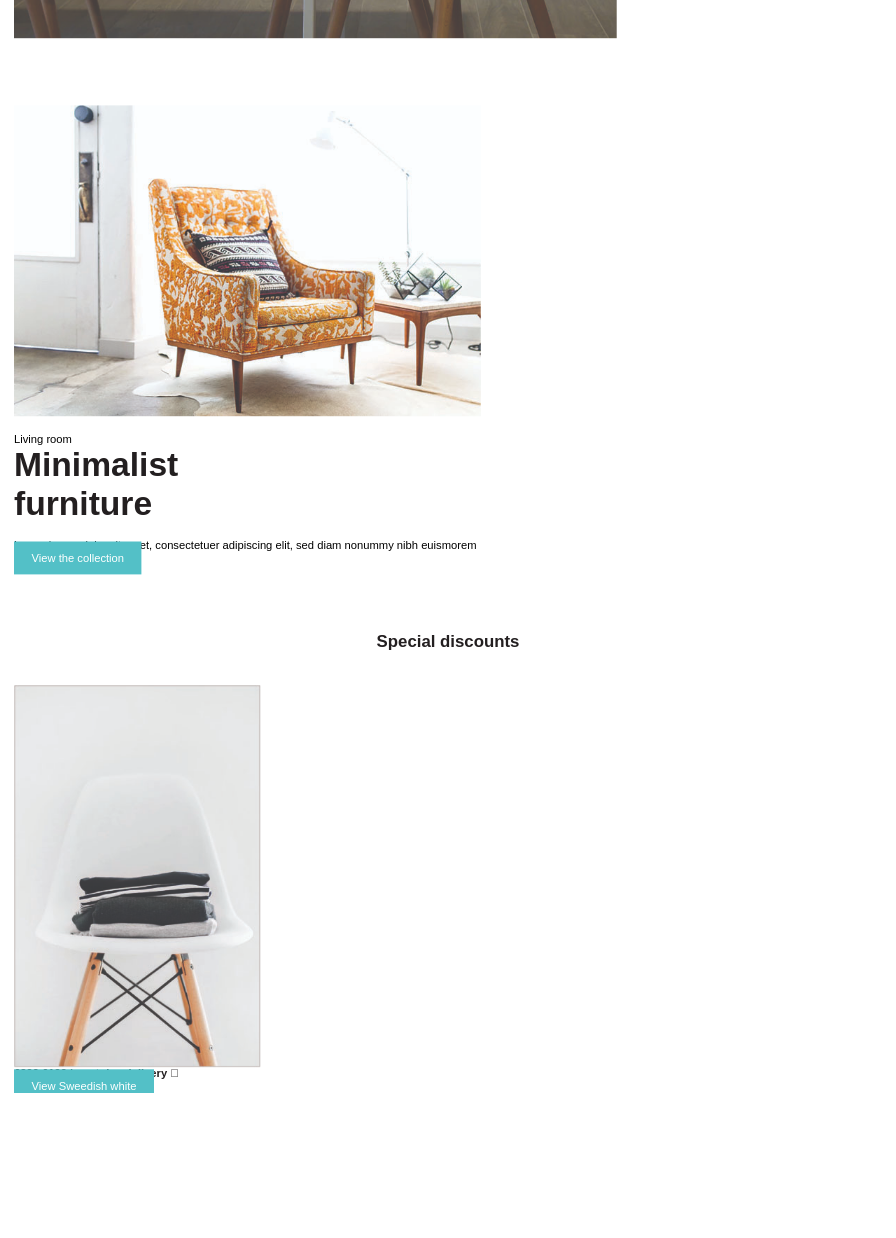
Repository: dinhhaidh/republic-web
Page: index.html
These files come from the project's save history. The page is drawn as it stood at one moment and after the next save; the edit follows.
The browser window is 1280 px wide. The pictures show the part of the page from y = 1132 to 3052 px (the page is 2900 px tall before and 3052 px after), at 70% of full size.
Some web fonts or font styles are not loaded; a fallback is used. Some web libraries are served in a nearby version.

Above is the page before, as saved 2024-01-24 18:06:37.

### index.html
<!DOCTYPE html>
<html lang="en">
<head>
    <meta charset="UTF-8">
    <meta name="viewport" content="width=device-width, initial-scale=1.0">

    <!--=============== FAVICON ===============-->
    <link rel="shortcut icon" href="assets/img/favicon.png" type="image/x-icon">

    <!--=============== REMIXICONS ===============-->
    <link rel="stylesheet" href="https://cdn.jsdelivr.net/npm/remixicon@4.1.0/fonts/remixicon.min.css">

    <link
    rel="stylesheet"
    href="https://cdn.jsdelivr.net/npm/swiper@11/swiper-bundle.min.css"
  />

    <!--=============== CSS ===============-->
    <link rel="stylesheet" href="style.css">

    <title>Responsive </title>
</head>
<body>
    <!--==================== HEADER ====================-->
    <header class="header" id="header">
        <nav class="nav container">
            <a href="#" class="nav__logo">
                <img src="./img/logo.jpg" alt="image" class="nav__img">
            </a>
            <div class="nav__menu" id="nav-menu">
                <ul class="nav__list">
                    <li class="nav__item">
                        <a href="#home" class="nav__link">Home</a>
                    </li>
                    <li class="nav__item">
                        <a href="#bedroom" class="nav__link">Bedroom</a>
                    </li>
                    <li class="nav__item">
                        <a href="#lounge" class="nav__link">Lounge</a>
                    </li>
                    <li class="nav__item">
                        <a href="#kitchen" class="nav__link">Kitchen</a>
                    </li>
                    <li class="nav__item">
                        <a href="#lighting" class="nav__link">Lighting</a>
                    </li>
                </ul>
                <div class="nav__close" id="nav-close">
                    <i class="ri-close-line"></i>
                </div>
            </div>

            <form action="" class="nav__button">
                <div class="button">
                    <input type="text" placeholder="Find something..." class="form-control">
                    <i class="ri-search-line button__search"></i>
                </div>
                <div class="shopping">
                    <i class="ri-shopping-cart-line "></i>
                    <span class="shopping__quantity">0</span>
                </div>
            </form>
            <!-- toggle -->
            <div class="nav__toggle" id="nav-toggle">
                <i class="ri-menu-line"></i>
            </div>
        </nav>
    </header>

    <!--==================== MAIN ====================-->
    <main class="main">
        <!--==================== Home  ====================-->
        <section class="home section" id="home">
            <div class="home__container container">
                <div class="home__contennt">
                    <h1 class="home__title">Premium <br> collection</h1>
                    <p class="home__desc">
                        Lorem ipsum dolor sit amet, consectetuer adipiscing elit, sed diam nonummy nibh euismorem ipsum dolor sit amet, consectetuer adipiscing elit
                    </p>
                    <h4>£2,300</h4>
                    <a href="#" class="button__link">View the collection</a>
                </div>
                <div class="home__images">
                    <img src="./img/hom1.jpg" alt="" class="home__image">
                    <div class="home__span">
                        <span><a href="">Lorem ipsum dolor sit amet</a>    £2,300</span>
                        <span><a href="#"> Consectetuer adsed diam</a>    £2,300</span>
                    </div>
                </div>
            </div>
        </section>

        <!--==================== Bedroom ====================-->
        <section class="bedroom section" id="bedroom">
            <div class="bedroom__container container grid">
                <div class="bedroom__images">
                    <img src="./img/funitire1.jpg" alt="" class="bedroom__image">
                </div>
                <div class="bedroom__contennt">
                    <span>Living room</span>
                    <div class="bedroom-brick"></div>
                    <h2 class="home__title">Minimalist <br>
                        furniture</h2>
                    <p class="bedroom__desc">
                        Lorem ipsum dolor sit amet, consectetuer adipiscing elit, sed diam nonummy nibh euismorem
                    </p>
                    <a href="#" class="button__link">View the collection</a>
                </div>

            </div>
        </section>

        <!--==================== Lounge  ====================-->
        <section class="lounge  section" id="lounge ">
            <h2 class="lounge-title">Special discounts</h2>
            <div class="lounge__container container swiper">
                <div class="swiper-wrapper">
                    <article class=" lounge__card swiper-slide">
                        <img src="./img/special1.jpg" alt="" class="lounge__img">
                        <h4><span>£299</span> £199  |  next day delivery  </h4>
                        <a href="#" class="button__link lounge__button">View Sweedish white</a>
                    </article>
                    <article class=" lounge__card swiper-slide">
                        <img src="./img/special2.jpg" alt="" class="lounge__img">
                        <h4><span>£299</span> £199  |  next day delivery  </h4>
                        <a href="#" class="button__link lounge__button">View Sweedish white</a>
                    </article>
                    <article class=" lounge__card swiper-slide">
                        <img src="./img/special3.jpg" alt="" class="lounge__img">
                        <h4><span>£299</span> £199  |  next day delivery  </h4>
                        <a href="#" class="button__link lounge__button">View Sweedish white</a>
                    </article>
                    <article class=" lounge__card swiper-slide">
                        <img src="./img/special4.jpg" alt="" class="lounge__img">
                        <h4><span>£299</span> £199  |  next day delivery  </h4>
                        <a href="#" class="button__link lounge__button">View Sweedish white</a>
                    </article>
                </div>
            </div>
        </section>

        <!--==================== Kitchen ====================-->
        <section class="kitchen  section" id="kitchen">

        </section>

        <!--==================== Lighting ====================-->
        <section class="lighting  section" id="lighting">

        </section>
    </main>

    <!--==================== FOOTER ====================-->
    <footer class="footer">

    </footer>

    <!--========== SCROLL UP ==========-->

    <script src="https://cdn.jsdelivr.net/npm/swiper@11/swiper-bundle.min.js"></script>


    <!--=============== SCROLLREVEAL ===============-->
    <script src=""></script>

    <!--=============== JQuery ===============-->
    <script src="https://code.jquery.com/jquery-3.7.1.slim.min.js" integrity="sha256-kmHvs0B+OpCW5GVHUNjv9rOmY0IvSIRcf7zGUDTDQM8=" crossorigin="anonymous"></script>

    <!--=============== MAIN JS ===============-->
    <script src="/js/main.js"></script>
</body>
</html>

### style.css
/*=============== GOOGLE FONTS ===============*/
@import url("https://fonts.cdnfonts.com/css/source-sans-pro");

/*=============== VARIABLES CSS ===============*/
:root {
  --header-height: 3.5rem;

  /*========== Colors ==========*/
  /*Color mode HSL(hue, saturation, lightness)*/
  --first-color: hsl(28, 88%, 62%);
  --first-color-alt: hsl(28, 84%, 58%);
  --title-color: hsl(0, 0%, 95%);
  --text-color: hsl(0, 0%, 75%);
  --text-color-light: hsl(0, 0%, 65%);
  --black-color: #231f20;
  --body-color: hsl(0, 0%, 6%);
  --container-color: hsl(0, 0%, 10%);

  /*========== Font and typography ==========*/
  /*.5rem = 8px | 1rem = 16px ...*/
  --body-font: "Montserrat", sans-serif;
  --second-font: "Dancing Script", cursive;
  --biggest-font-size: 2.5rem;
  --bigger-font-size: 2rem;
  --h1-font-size: 1.5rem;
  --h2-font-size: 1.25rem;
  --h3-font-size: 1rem;
  --normal-font-size: .938rem;
  --small-font-size: .813rem;

  /*========== Font weight ==========*/
  --font-regular: 400;
  --font-semi-bold: 600;
  --font-bold: 700;

  /*========== z index ==========*/
  --z-tooltip: 10;
  --z-fixed: 100;
}

/*========== Responsive typography ==========*/
@media screen and (min-width: 1150px) {
  :root {
    --biggest-font-size: 4.375rem;
    --bigger-font-size: 3rem;
    --h1-font-size: 2.25rem;
    --h2-font-size: 1.5rem;
    --h3-font-size: 1.25rem;
    --normal-font-size: 1rem;
    --small-font-size: .875rem;
  }
}

/*=============== BASE ===============*/
* {
  box-sizing: border-box;
  padding: 0;
  margin: 0;
}

html {
  scroll-behavior: smooth;
}

body,
button {
  font-family: var(--body-font);
  font-size: var(--normal-font-size);
}

body {
  /* color: var(--text-color); */
}

button {
  border: none;
  outline: none;
}

h1, h2, h3, h4 {
  color: var(--black-color);
  font-weight: var(--font-bold);
}

ul {
  list-style: none;
}

a {
  text-decoration: none;
}

img {
  display: block;
  max-width: 100%;
  height: auto;
}

/*=============== REUSABLE CSS CLASSES ===============*/
.container {
  max-width: 1240px;
  margin-inline: 1.5rem;
}

.grid {
  display: grid;
  gap: 1.5rem;
}

.section {
  padding-block: 5rem 1rem;
}

.section__title {
  font-size: var(--bigger-font-size);
  font-family: var(--second-font);
  margin-bottom: 1.5rem;
  text-align: center;
}

.main {
  overflow: hidden; /* For animation ScrollReveal */
}

/*=============== HEADER & NAV ===============*/
.header{
  position: fixed;
  width: 100%;
  top: 0;
  left: 0;
  background-color: transparent;
  z-index: var(--z-fixed);
  transition: .4s;
}
.nav{
  position: relative;
  height: var(--header-height);
  display: flex;
  align-items: center;
  justify-content: space-between;
}
.nav__img{
  width: 100px;
  transition: .4s;
}
.nav__toggle,
.nav__close{
  cursor: pointer;
  font-size: 1.5rem;
  color: black;
}
.form-control{
  padding: 13px 40px 13px 20px;
  border-radius: 25px
}
.nav__button{
  display:flex;
  align-items: center;
  justify-content: center;
  column-gap: 1.625rem;
}
.nav__link{
  color: var(--black-color);
  font-weight: var(--font-regular);
  font-family: 'Source Sans Pro', sans-serif;
}
.button{
  display: flex;
  position: relative;
}
.button input::placeholder{
  color: var(--black-color);
}
.button__search{
  position: absolute;
  top: 0.9rem;
  right: 1rem;
}
.shopping i{
  font-size: 1.25rem;
  position: relative;
}
.shopping__quantity{
  background-color: red;
    padding: 1px 3px;
    color: #fff;
    position: absolute;
    top: 1.8rem;
    right: 0.05rem;
    border-radius: 50%;
    font-size: .7rem;
}



/* Navigation for mobile devices */
@media screen and (max-width: 1023.98px) {
  .nav__menu {
    position: fixed;
    top: 0;
    right: -100%;
    background-color: #fff;
    backdrop-filter: blur(16px);
    -webkit-backdrop-filter: blur(16px);
    width: 80%;
    height: 100%;
    padding: 6rem 3rem 0px;
    transition: right .4s;
  }
  .nav__list{
    display: flex;
    flex-direction: column;
    row-gap: 2.5rem;
  }
  .nav__link{
    color: var(--black-color);
    font-weight: var(--font-semi-bold);
    transition: color .4s;
  }
  /* .nav__link:hover{

  } */
  .nav__close{
    position: absolute;
    top: 1rem;
    right: 1.5rem;
  }
  .nav__button{
    display: none;
  }
}


/* Show menu */
.show-menu{
  right: 0;
}

/* Add blur header */
.scroll-header {
  background-color: #fff;
  box-shadow: 0 1px 4px hsla(220, 4%, 15%, .1);
}

/* Active link */


/*=============== Home ===============*/
.home{
  padding-top: 5rem;
}
.home__container{
  display: flex;
  flex-direction: column;
  row-gap: 3rem;
}
.home__title{
  font-size: var(--bigger-font-size);
  margin-bottom: 1.5rem;
}
.home__desc{
  font-weight: var(--font-regular);
  color: var(--black-color);
  line-height: 1.5;
  margin-bottom: var(--h2-font-size);
}
.home h4{
  font-size: var(--h1-font-size);
  margin-bottom: var(--bigger-font-size);
}
.button__link{
  background-color: #53c0c7;
  padding: 15px 25px;
  color: #fff;
  font-weight: 400;
}
.home__span span:nth-child(1){
  position: absolute;
  right: 1rem;
  top: 1rem;
  color: #fff;
}
.home__span span:nth-child(2){
  right: 1rem;
  position: absolute;
  top: 2rem;
  color: #fff;
}
.home__span span a{
  color: #fff;
}
.home__images{
  position: relative;
}
.home__image{

}

/*=============== BUTTON ===============*/


/*=============== Bedroom ===============*/


/*=============== Lounge  ===============*/
.lounge{

}


.lounge-title{
  display:flex;
  align-items: center;
  justify-content: center;
}
.lounge__container{
  margin-top: var(--bigger-font-size);
}

.lounge__swiper{

}

.swiper-wrapper{

}
.lounge__data{

}
.swiper-slide{

}
.lounge__img{
}
.button__link{

}
.lounge__button{

}

/*=============== Kitchen  ===============*/

/*=============== Lighting  ===============*/



/*=============== FOOTER ===============*/


/*=============== SCROLL BAR ===============*/


/*=============== SCROLL UP ===============*/


/* Show Scroll Up */


/*=============== BREAKPOINTS ===============*/
/* For small devices */
@media screen and (min-width: 1024px){
  .nav{
    height: calc(var(--header-height) + 2rem)
  }
  .nav__toggle,
  .nav__close{
    display: none;
  }
  .nav__list{
    display: flex;
    flex-wrap: nowrap;
    column-gap: 4rem;
  }
}
@media screen and (min-width: 1150px) {
  .container{
    margin-inline: auto;
  }


}

/* For medium devices */


/* For large devices */

### js/main.js
$(document).ready(function () {
  $("#nav-toggle").click(function () {
    $("#nav-menu").addClass("show-menu");
  });
  $("#nav-close").click(function () {
    $("#nav-menu").removeClass("show-menu");
  });
  $(window).scroll(function () {
    $("#header").toggleClass("scroll-header", $(this).scrollTop() >= 50);
  });
});
/*=============== SWIPER PRODUCTS ===============*/
var swiperLounge = new Swiper(".lounge__container", {
  // luot lien tuc
    spaceBetween: 32,
    grabCursor: true,
    centeredSlides: true,
    slidesPerView: "auto",
    loop: true,
    ////
    navigator: {
    nextEl: ".swiper-button-next",
    prevEl: ".swiper-button-prev",
    },

  // lích thước resposive
    breakpoints: {
        1240: {
        spaceBetween: 3,
    },
    },

  //
});

// var swiper = new Swiper(".lounge__swiper", {
//   slidesPerView: 3,
//   spaceBetween: 30,
//   freeMode: true,
//   pagination: {
//     el: ".swiper-pagination",
//     clickable: true,
//   },
// });

After the next save:
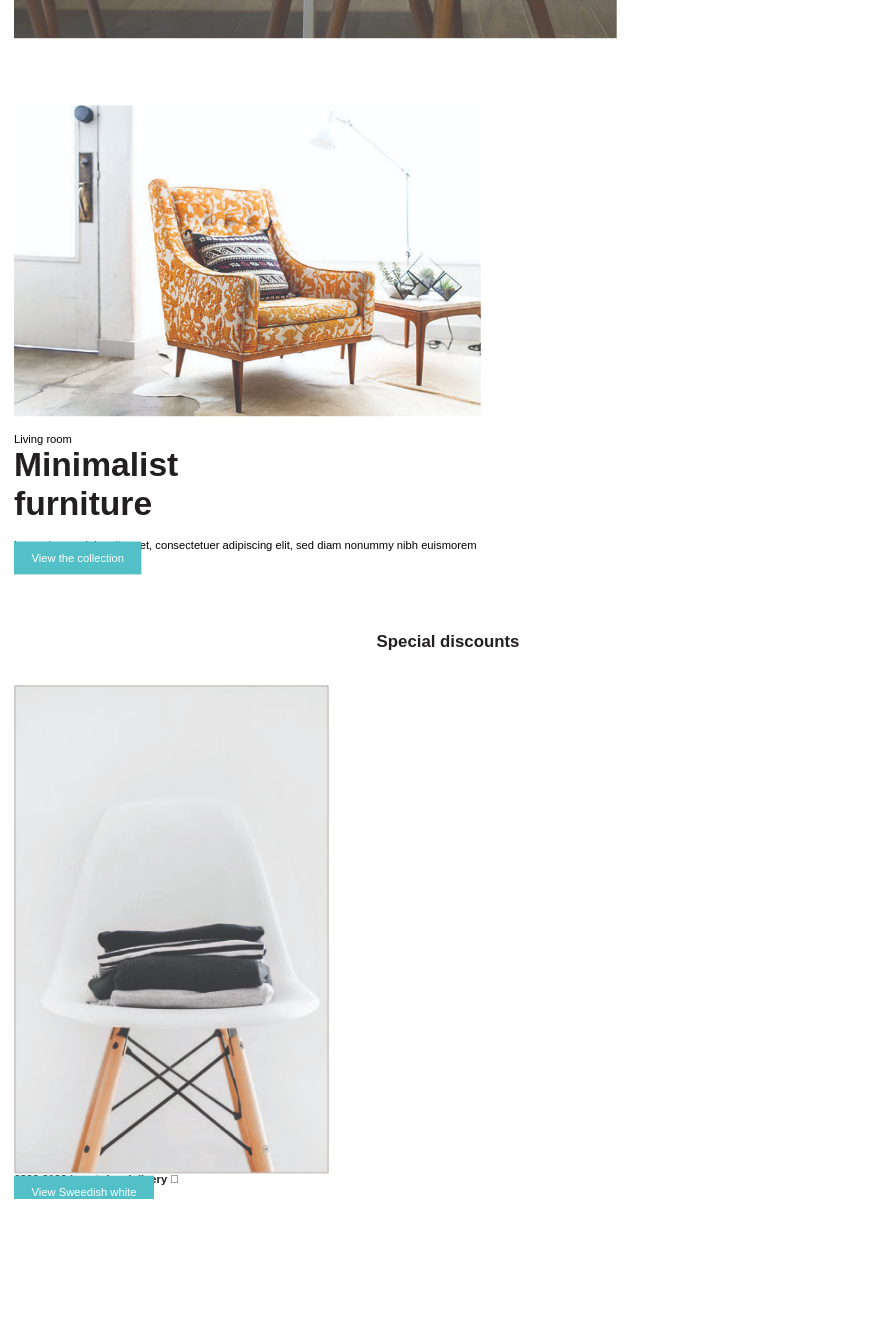
Saved 65 s later.
--- a/style.css
+++ b/style.css
@@ -331,6 +331,7 @@ img {
 
 }
 .lounge__img{
+  width: 450px;
 }
 .button__link{
 
